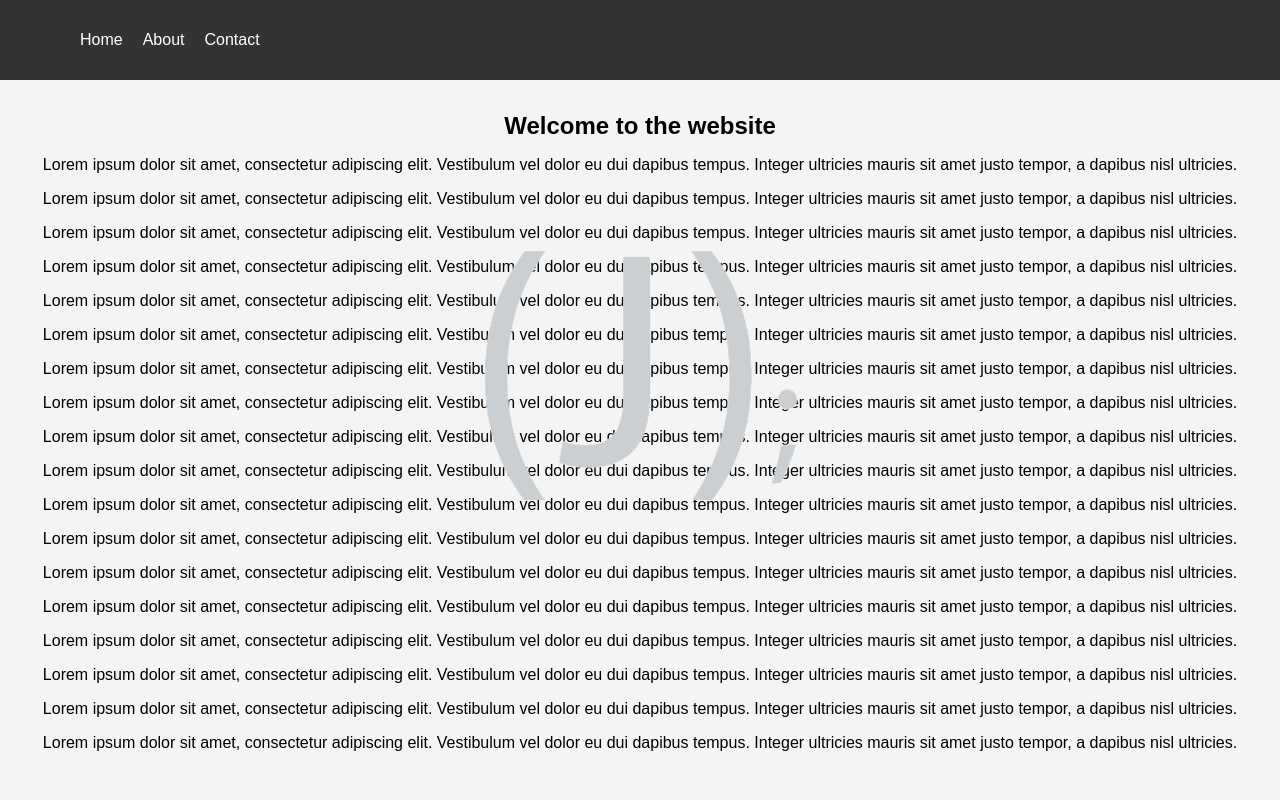
Repository: JoyMoGas/HelujaArc
Page: http://localhost/
An editor plug-in stored every save of this project. The page is shown before and after the next save, followed by the edit.
The browser window is 1280 px wide. The pictures show the whole page.
The page is served by the project's application, run on Flask 3 (run.py).

Above is the page before, as saved 2024-08-11 15:52:21.

### templates/index.html
<!DOCTYPE html>
<html lang="en">
<head>
    <meta charset="UTF-8">
    <meta name="viewport" content="width=device-width, initial-scale=1.0">
    <title>Document</title>
    <link rel="stylesheet" href="{{ url_for('static', filename='style.css') }}">
</head>
<body>
    <header class="navbar">
        <div class="navbar-content">
            <img id="logo" src="{{ url_for('static', filename='logo.png') }}" alt="Logo">
            <nav>
                <ul>
                    <li><a href="#">Home</a></li>
                    <li><a href="#">About</a></li>
                    <li><a href="#">Contact</a></li>
                </ul>
            </nav>
        </div>
    </header>
    <main>
        <section class="content">
            <h1>Welcome to the website</h1>
            <!-- Content goes here -->
            <p>Lorem ipsum dolor sit amet, consectetur adipiscing elit. Vestibulum vel dolor eu dui dapibus tempus. Integer ultricies mauris sit amet justo tempor, a dapibus nisl ultricies.</p>
            <p>Lorem ipsum dolor sit amet, consectetur adipiscing elit. Vestibulum vel dolor eu dui dapibus tempus. Integer ultricies mauris sit amet justo tempor, a dapibus nisl ultricies.</p>
            <p>Lorem ipsum dolor sit amet, consectetur adipiscing elit. Vestibulum vel dolor eu dui dapibus tempus. Integer ultricies mauris sit amet justo tempor, a dapibus nisl ultricies.</p>
            <p>Lorem ipsum dolor sit amet, consectetur adipiscing elit. Vestibulum vel dolor eu dui dapibus tempus. Integer ultricies mauris sit amet justo tempor, a dapibus nisl ultricies.</p>
            <p>Lorem ipsum dolor sit amet, consectetur adipiscing elit. Vestibulum vel dolor eu dui dapibus tempus. Integer ultricies mauris sit amet justo tempor, a dapibus nisl ultricies.</p>
            <p>Lorem ipsum dolor sit amet, consectetur adipiscing elit. Vestibulum vel dolor eu dui dapibus tempus. Integer ultricies mauris sit amet justo tempor, a dapibus nisl ultricies.</p>
            <p>Lorem ipsum dolor sit amet, consectetur adipiscing elit. Vestibulum vel dolor eu dui dapibus tempus. Integer ultricies mauris sit amet justo tempor, a dapibus nisl ultricies.</p>
            <p>Lorem ipsum dolor sit amet, consectetur adipiscing elit. Vestibulum vel dolor eu dui dapibus tempus. Integer ultricies mauris sit amet justo tempor, a dapibus nisl ultricies.</p>
            <p>Lorem ipsum dolor sit amet, consectetur adipiscing elit. Vestibulum vel dolor eu dui dapibus tempus. Integer ultricies mauris sit amet justo tempor, a dapibus nisl ultricies.</p>
            <p>Lorem ipsum dolor sit amet, consectetur adipiscing elit. Vestibulum vel dolor eu dui dapibus tempus. Integer ultricies mauris sit amet justo tempor, a dapibus nisl ultricies.</p>
            <p>Lorem ipsum dolor sit amet, consectetur adipiscing elit. Vestibulum vel dolor eu dui dapibus tempus. Integer ultricies mauris sit amet justo tempor, a dapibus nisl ultricies.</p>
            <p>Lorem ipsum dolor sit amet, consectetur adipiscing elit. Vestibulum vel dolor eu dui dapibus tempus. Integer ultricies mauris sit amet justo tempor, a dapibus nisl ultricies.</p>
            <p>Lorem ipsum dolor sit amet, consectetur adipiscing elit. Vestibulum vel dolor eu dui dapibus tempus. Integer ultricies mauris sit amet justo tempor, a dapibus nisl ultricies.</p>
            <p>Lorem ipsum dolor sit amet, consectetur adipiscing elit. Vestibulum vel dolor eu dui dapibus tempus. Integer ultricies mauris sit amet justo tempor, a dapibus nisl ultricies.</p>
            <p>Lorem ipsum dolor sit amet, consectetur adipiscing elit. Vestibulum vel dolor eu dui dapibus tempus. Integer ultricies mauris sit amet justo tempor, a dapibus nisl ultricies.</p>
            <p>Lorem ipsum dolor sit amet, consectetur adipiscing elit. Vestibulum vel dolor eu dui dapibus tempus. Integer ultricies mauris sit amet justo tempor, a dapibus nisl ultricies.</p>
            <p>Lorem ipsum dolor sit amet, consectetur adipiscing elit. Vestibulum vel dolor eu dui dapibus tempus. Integer ultricies mauris sit amet justo tempor, a dapibus nisl ultricies.</p>
            <p>Lorem ipsum dolor sit amet, consectetur adipiscing elit. Vestibulum vel dolor eu dui dapibus tempus. Integer ultricies mauris sit amet justo tempor, a dapibus nisl ultricies.</p>
        </section>
    </main>
    <script src="{{ url_for('static', filename='scripts.js') }}"></script>
</body>
</html>

### static/style.css
/* Reset de márgenes y padding */
body, h1, ul, li {
    margin: 0;
    padding: 0;
}

/* Estilo para el cuerpo */
body {
    font-family: Arial, sans-serif;
    padding-top: 80px; /* Ajusta según la altura de la navbar para evitar que el contenido quede oculto */
    margin: 0;
    display: flex;
    justify-content: center;
    align-items: center;
    flex-direction: column; /* Asegura que el contenido se alinee verticalmente en el centro */
    height: 100vh; /* Ocupa toda la altura visible */
    background: #f4f4f4;
}

/* Estilo para la navbar */
.navbar {
    position: fixed;
    top: 0;
    left: 0;
    width: 100%;
    background-color: #333;
    color: #fff;
    display: flex;
    justify-content: center;
    align-items: center;
    transition: background-color 0.3s;
    z-index: 1000;
    height: 80px; /* Ajusta según la altura de la navbar */
    box-sizing: border-box;
}

/* Contenido de la navbar */
.navbar-content {
    display: flex;
    justify-content: space-between;
    align-items: center;
    width: 100%;
    max-width: 1200px;
    padding: 20px;
    box-sizing: border-box;
}

/* Logo en la navbar */
.navbar img {
    height: 60px; /* Ajusta según el tamaño del logo en la navbar */
    transition: height 0.3s, transform 0.3s;
}

/* Estilo para los enlaces de la navbar */
.navbar nav ul {
    display: flex;
    list-style-type: none;
    margin: 0;
    padding: 0;
}

.navbar nav ul li {
    margin-left: 20px;
}

.navbar nav ul li a {
    color: #fff;
    text-decoration: none;
}

/* Estilo para el contenido del body */
.content {
    text-align: center; /* Centra el texto y otros elementos dentro del contenedor */
    width: 100%;
    max-width: 1200px; /* Asegura que el contenido no se estire demasiado */
    box-sizing: border-box;
}

/* Logo en el cuerpo */
#logo {
    position: absolute;
    top: 20px;
    left: 50%;
    transform: translateX(-50%);
    height: 100px;
    transition: top 0.3s, left 0.3s, height 0.5s, transform 0.5s;
}

### static/scripts.js
"use strict";
document.addEventListener('DOMContentLoaded', () => {
    window.scrollTo(0, 0);
    const logo = document.getElementById('logo');
    const handleScroll = () => {
        if (window.scrollY > 50) {
            logo.style.position = 'fixed';
            logo.style.top = '0px';
            logo.style.left = '120px';
            logo.style.height = '100px';
            logo.style.transform = 'translateX(0) scale(0.6)';
        }
        else {
            logo.style.position = 'absolute';
            logo.style.top = '250px';
            logo.style.left = '50%';
            logo.style.transform = 'translateX(-50%) scale(1)';
            logo.style.height = '250px';
        }
    };
    window.addEventListener('scroll', handleScroll);
    // Inicializa el estado del logotipo
    handleScroll();
});
window.addEventListener('scroll', () => {
    const navbar = document.querySelector('.navbar');
    if (window.scrollY > 50) {
        navbar.classList.add('scrolled');
    }
    else {
        navbar.classList.remove('scrolled');
    }
});
window.addEventListener('beforeunload', () => {
    window.scrollTo(0, 0);
});

Loaded but not shown: run.py (common file)

After the next save:
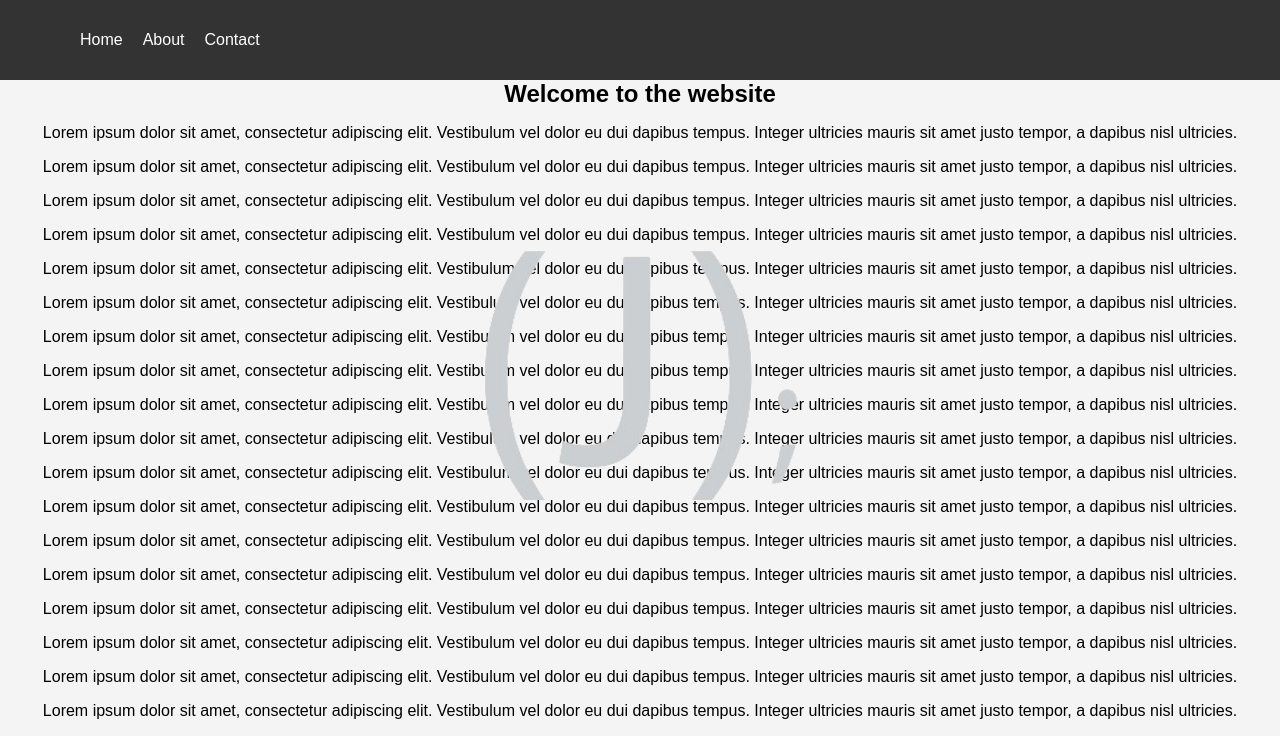
Saved 33 s later.
--- a/static/style.css
+++ b/static/style.css
@@ -13,7 +13,6 @@
     justify-content: center;
     align-items: center;
     flex-direction: column; /* Asegura que el contenido se alinee verticalmente en el centro */
-    height: 100vh; /* Ocupa toda la altura visible */
     background: #f4f4f4;
 }
 
